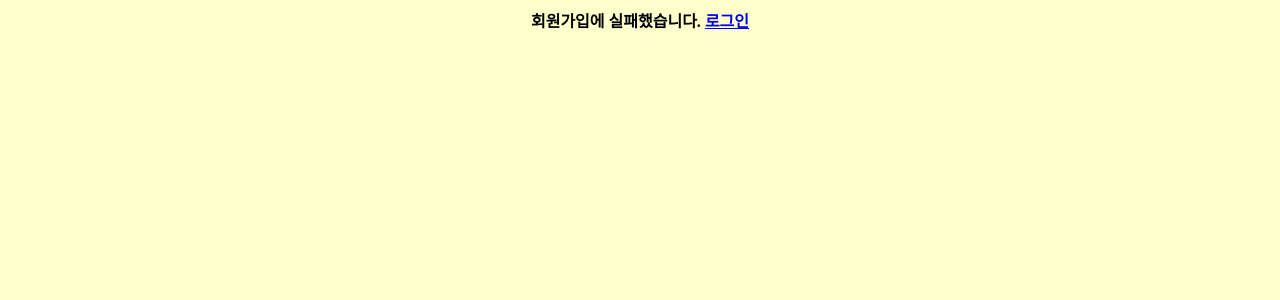
Repository: skeaze7496-max/HomePage
Page: http://localhost/ServletProject/memberone/regProc.jsp
An editor plug-in stored every save of this project. The page is shown before and after the next save, followed by the edit.
The browser window is 1280 px wide. The pictures show the whole page.
The page is served by Tomcat 9. Nobody is signed in. The application's start-up code is not run.

Above is the page before, as saved 2026-06-04 01:42:05.

After the next save:
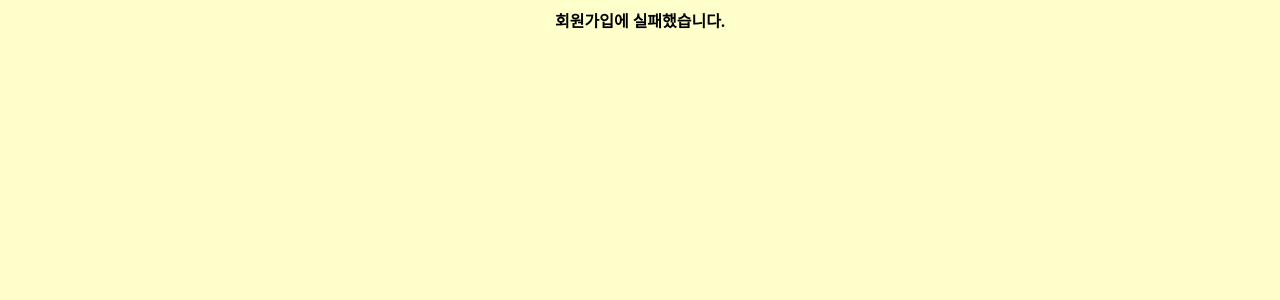
Saved 6 s later.
--- a/ServletProject/src/main/webapp/memberone/regProc.jsp
+++ b/ServletProject/src/main/webapp/memberone/regProc.jsp
@@ -25,7 +25,7 @@
 		out.println("<a href='login.jsp'>로그인</a>");
 	}else {
 		out.println("<b>회원가입에 실패했습니다.");
-		out.println("<a href='login.jsp'>로그인</a>");
+		out.println("<a href='.jsp'></a>");
 	}
 %>
 </div>
